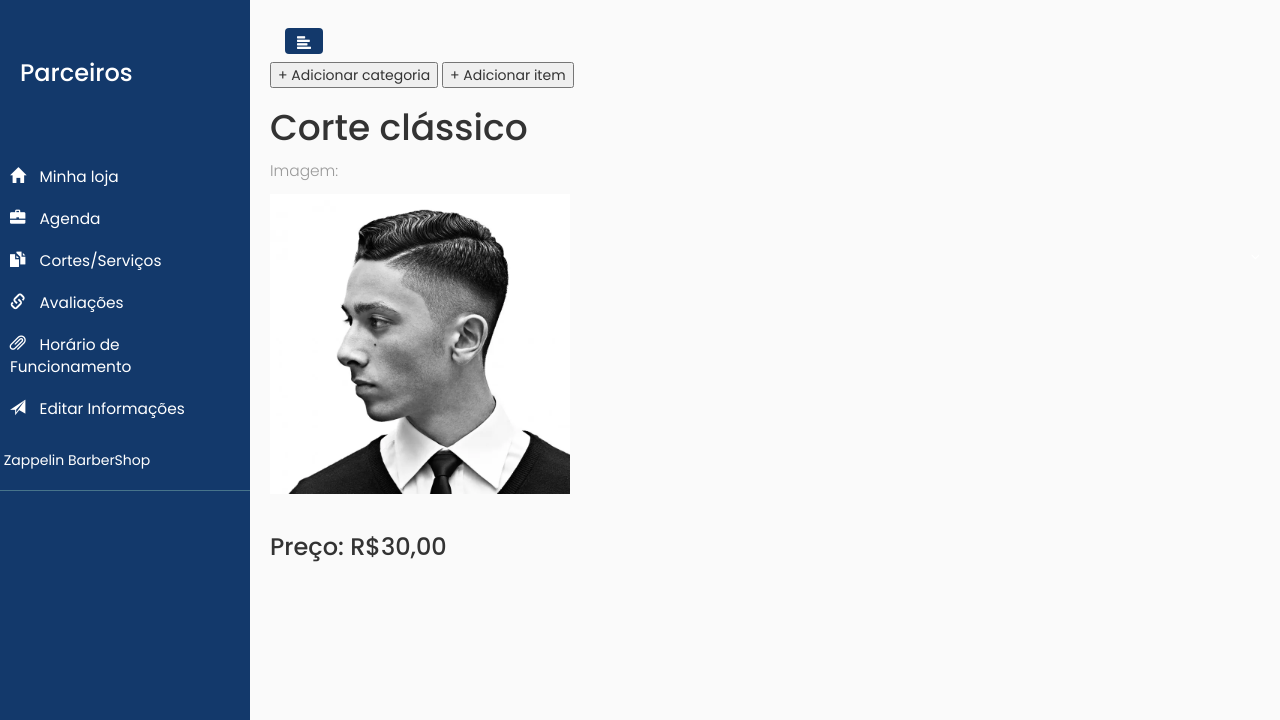
Repository: aquilesascar/barberconnect
Page: http://localhost/corteclassico.php
An editor plug-in stored every save of this project. The page is shown before and after the next save, followed by the edit.
The browser window is 1280 px wide. The pictures show the whole page.
The page is run by PHP 8.4 with error messages shown; the project is at /var/www/html/.

Above is the page before, as saved 2023-10-09 14:27:08.

After the next save:
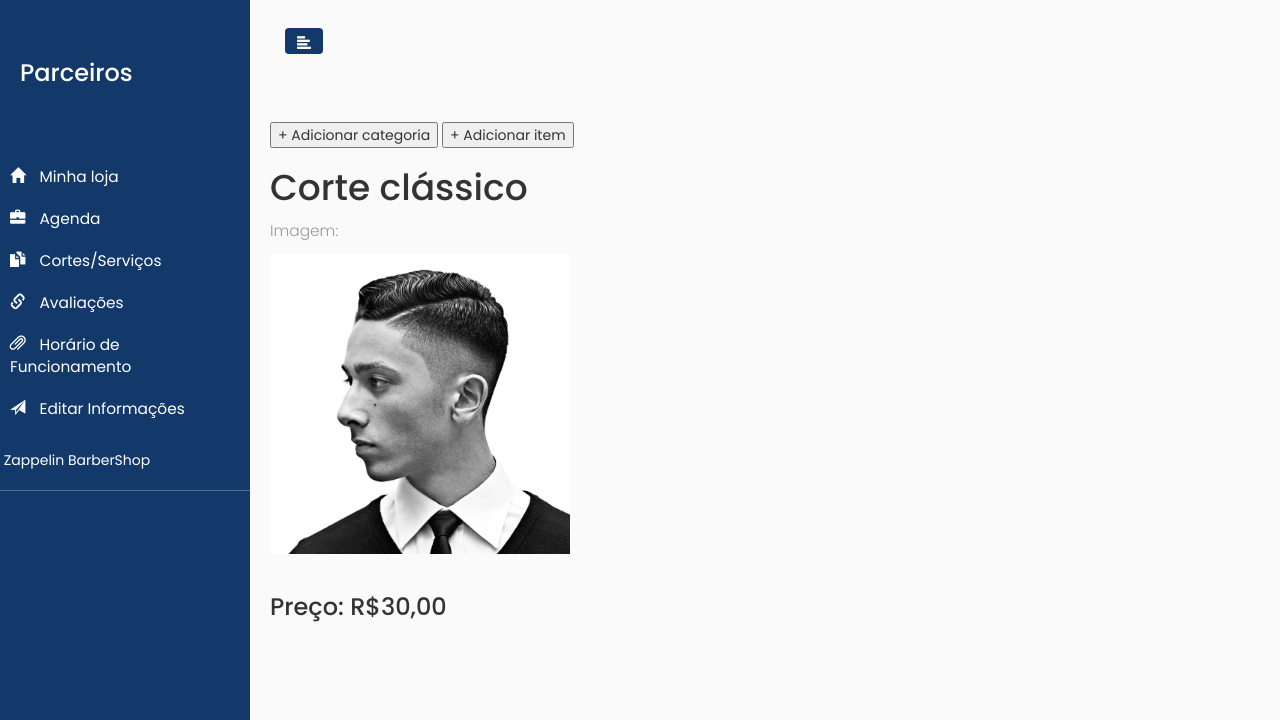
Saved 12 s later.
--- a/corteclassico.php
+++ b/corteclassico.php
@@ -37,6 +37,7 @@
                         </div>
                     </div>
                 </nav>
+                <br><br><br>
                 <button class="categoria">+ Adicionar categoria</button>
             <button class="item">+ Adicionar item</button>
 
